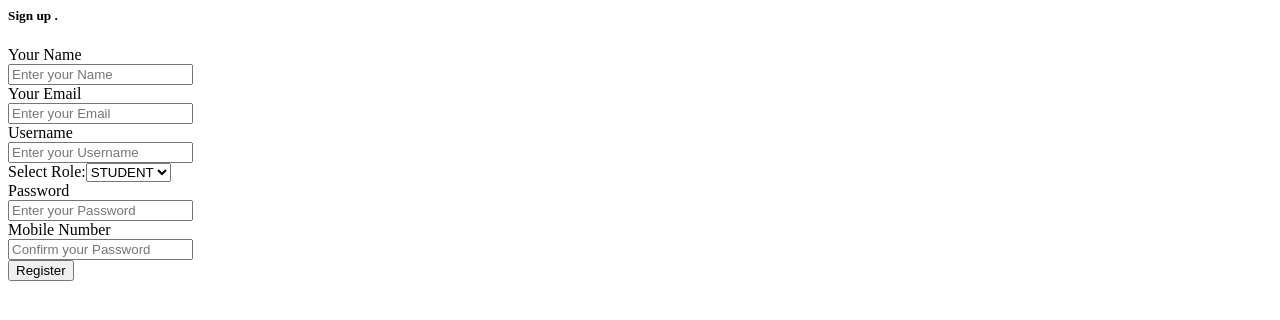
Repository: aneishkumar/AngularJS-Application
Page: Angularjs-Application-march16th/project2/WebContent/register.html
These files come from the project's save history. The page is drawn as it stood at one moment and after the next save; the edit follows.
The browser window is 1280 px wide. The pictures show the whole page.

Above is the page before, as saved 2018-03-16 09:35:04.

After the next save:
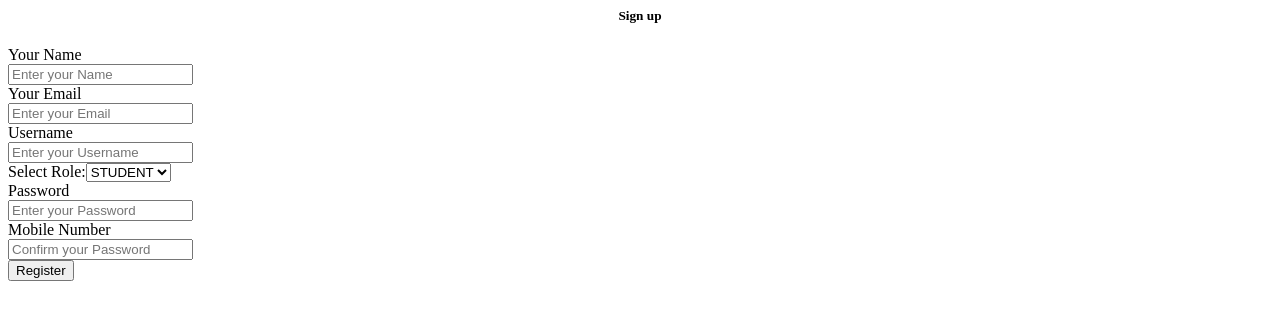
Saved 18 s later.
--- a/Angularjs-Application-march16th/project2/WebContent/register.html
+++ b/Angularjs-Application-march16th/project2/WebContent/register.html
@@ -1,7 +1,7 @@
 <div class="container">
 			<div class="row main">
 				<div class="main-login main-center">
-				<h5>Sign up .</h5>
+				<h5><center>Sign up </center></h5>
 					<form >
 
 						<div class="form-group">
